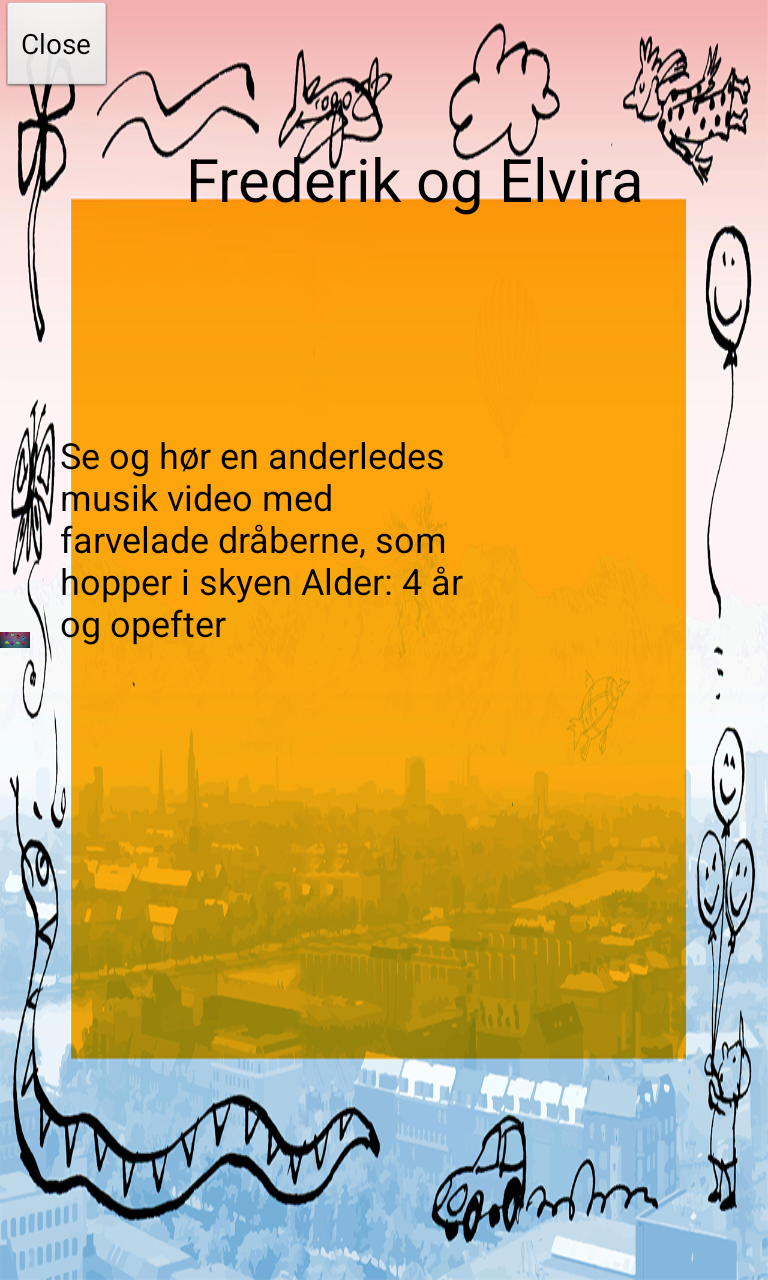
Repository: DreadMuffin/work
Layout: tablets/MovieListHis/res/layout/popup5.xml
These files come from the project's save history. The layout is drawn as it stood at one moment and after the next save; the edit follows.
It is drawn on a 768 x 1280 px phone screen (xhdpi) without system bars, with theme android:Theme.NoTitleBar; the app's code is not run.

Above is the layout before, as saved 2015-02-26 09:06:51.

After the next save:
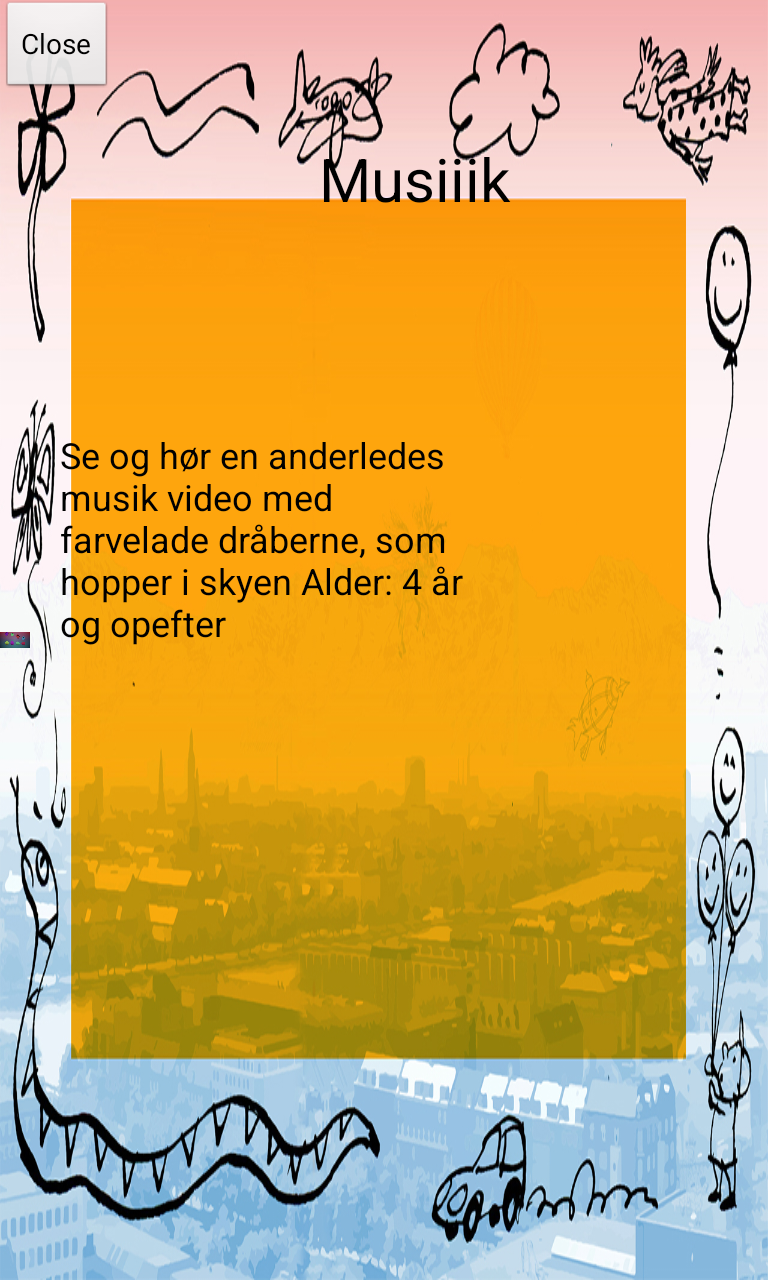
Saved 12 s later.
--- a/tablets/MovieListHis/res/layout/popup5.xml
+++ b/tablets/MovieListHis/res/layout/popup5.xml
@@ -21,7 +21,7 @@
         android:layout_alignLeft="@+id/txt"
         android:layout_marginBottom="88dp"
         android:gravity="center"
-        android:text="Frederik og Elvira"
+        android:text="Musiiik"
         android:textColor="#000000"
         android:textSize="30sp" />
 
